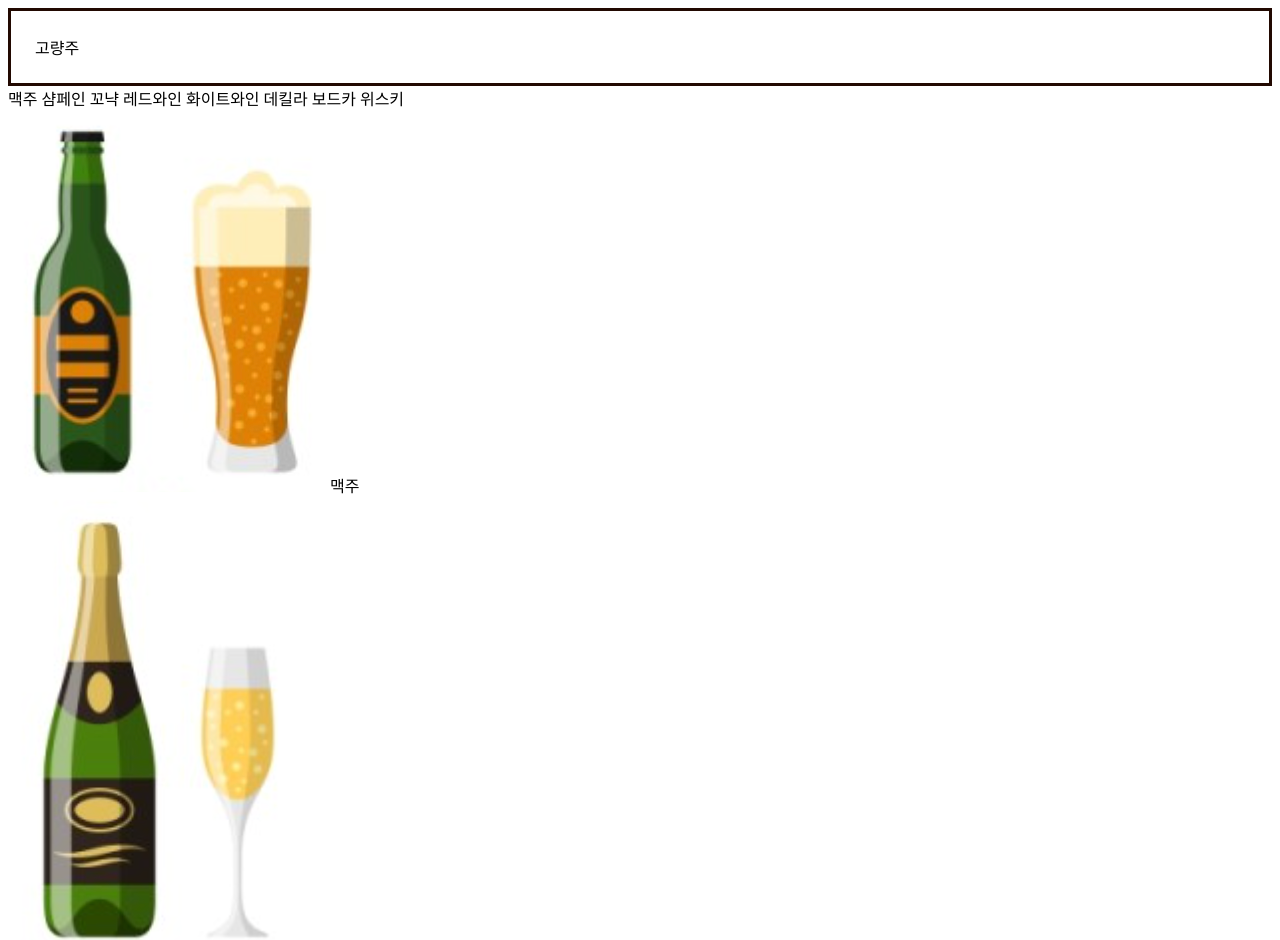
Repository: Jay-JYKim91/grj_2nd_week
Page: index.html
The author's editor kept a copy of each file at every save. The page is drawn from the files as they stood at one save, then again after the next save.
The browser window is 1280 px wide. The pictures show the part of the page from y = 0 to 940 px (the page is 3322 px tall before and 3464 px after).
A picture or video elsewhere on the page could not be fetched, so the positions and the page height are approximate. Some web fonts or font styles are not loaded; a fallback is used.

Above is the page before, as saved 2022-05-03 14:18:54.

After the next save:
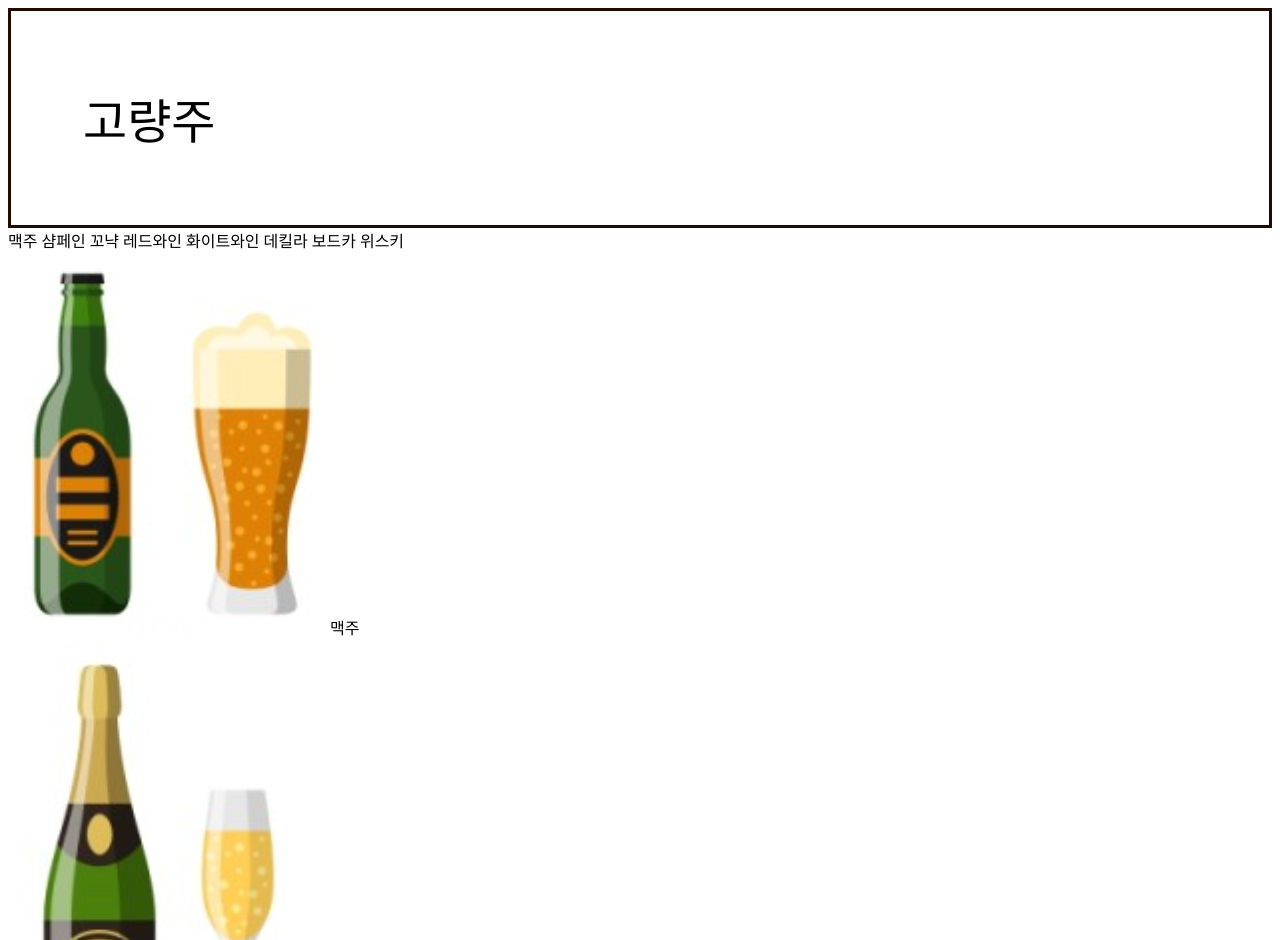
Saved 7 s later.
--- a/styles.css
+++ b/styles.css
@@ -8,4 +8,5 @@
 header {
   border: 3px solid #220901;
   padding: 1.5em;
+  font-size: 3rem;
 }
